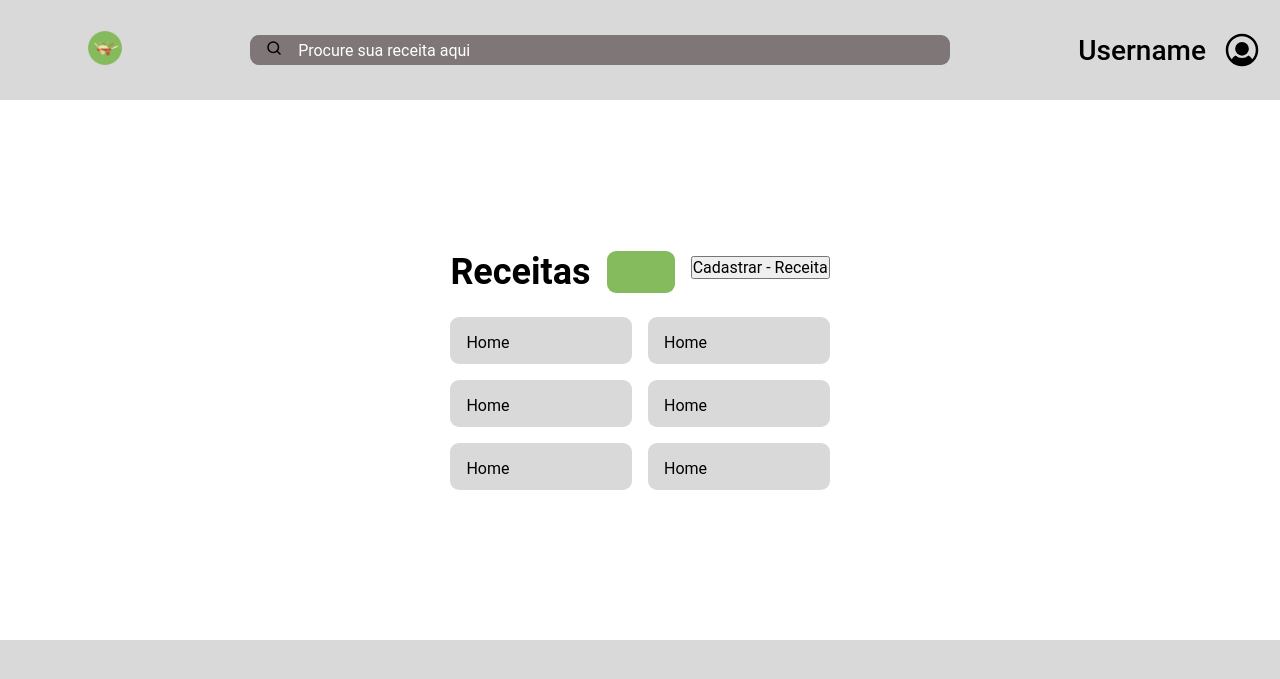
Repository: GabrielEduardoBrambilla/receitas-online
Page: /
An editor plug-in stored every save of this project. The page is shown before and after the next save, followed by the edit.
The browser window is 1280 px wide. The pictures show the whole page.
The project was rebuilt for these pictures with package versions that can differ from the ones it lists, and the page was loaded fresh each time. Also part of the build but not shown: vite.config.js.

Above is the page before, as saved 2024-04-15 21:03:45.

After the next save:
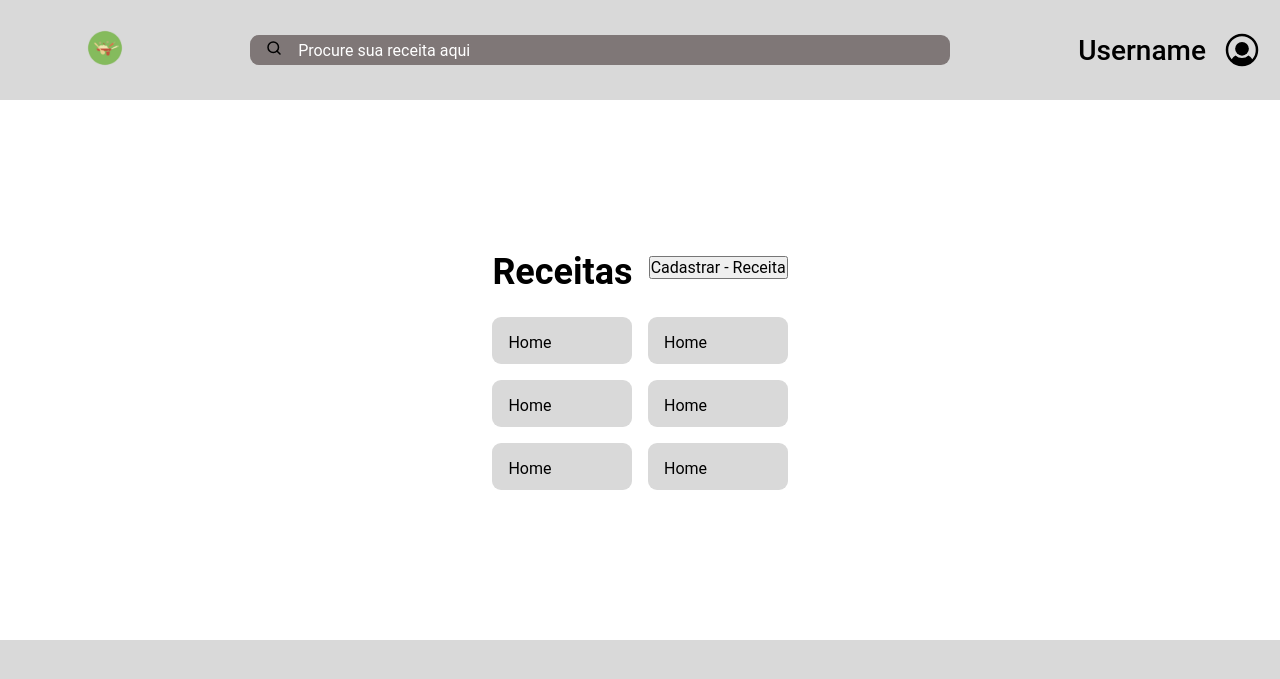
Saved 3 min 38 s later.
--- a/src/pages/Home/index.jsx
+++ b/src/pages/Home/index.jsx
@@ -10,7 +10,6 @@ export function Home() {
     <main>
       <TitleWrapper>
         <h2>Receitas</h2>
-        <button></button>
         <RecipeRegisterModal buttonText="Cadastrar - Receita"/>
       </TitleWrapper>
 
